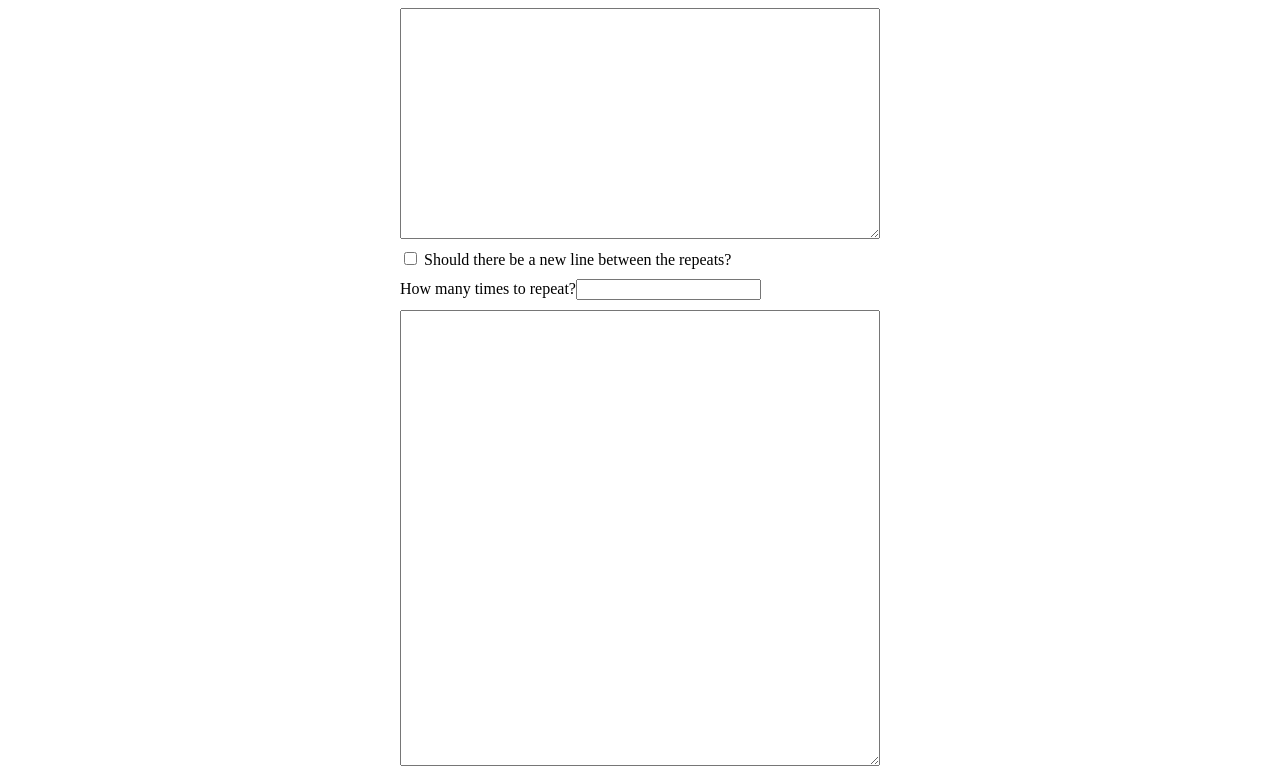
Repository: klothius/Online-string-repeater-with-numbers
Page: index.html
These files come from the project's save history. The page is drawn as it stood at one moment and after the next save; the edit follows.
The browser window is 1280 px wide. The pictures show the whole page.

Above is the page before, as saved 2019-05-10 07:17:21.

### index.html
<div class="container">
    <textarea rows="15" class="input"></textarea>
    <label>
      <input type="checkbox" class="add-newline">
      Should there be a new line between the repeats?
    </label>
    <label>How many times to repeat?<input type="text" class="repeat-number"></label>
    <textarea rows="30" class="output"></textarea>
</div>
<script>
function doWork () {
  let input = document.querySelector('textarea.input').textContent;
  let shouldAddNewLine = document.querySelector('.add-newline').checked;
  let repeatNumber = document.querySelector('.repeat-number').value;
  let output = input;
  for (let i = 1; i <= repeatNumber; i++) {
    if (shouldAddNewLine) {
      output += '\n';
    }
    output += input.replace('{n}', i);
  }
  document.querySelector('textarea.output').value = output;
}
</script>
<style>
.container {
  max-width: 480px;
  margin: auto;
  display: flex;
  flex-direction: column;
}
.container > * {
  margin-bottom: 10px;
}
</style>

After the next save:
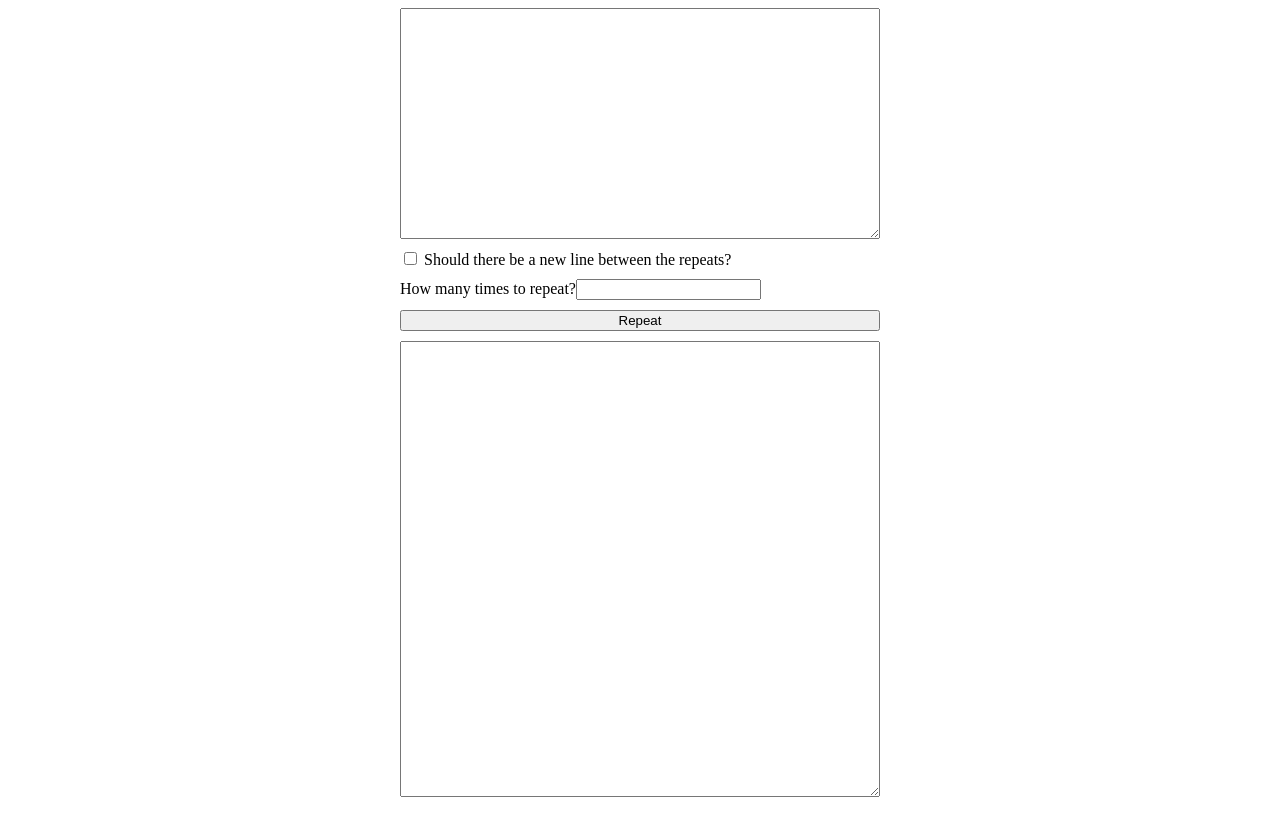
Saved 119 s later.
--- a/index.html
+++ b/index.html
@@ -5,6 +5,7 @@
       Should there be a new line between the repeats?
     </label>
     <label>How many times to repeat?<input type="text" class="repeat-number"></label>
+    <button onClick="doWork()">Repeat</button>
     <textarea rows="30" class="output"></textarea>
 </div>
 <script>
